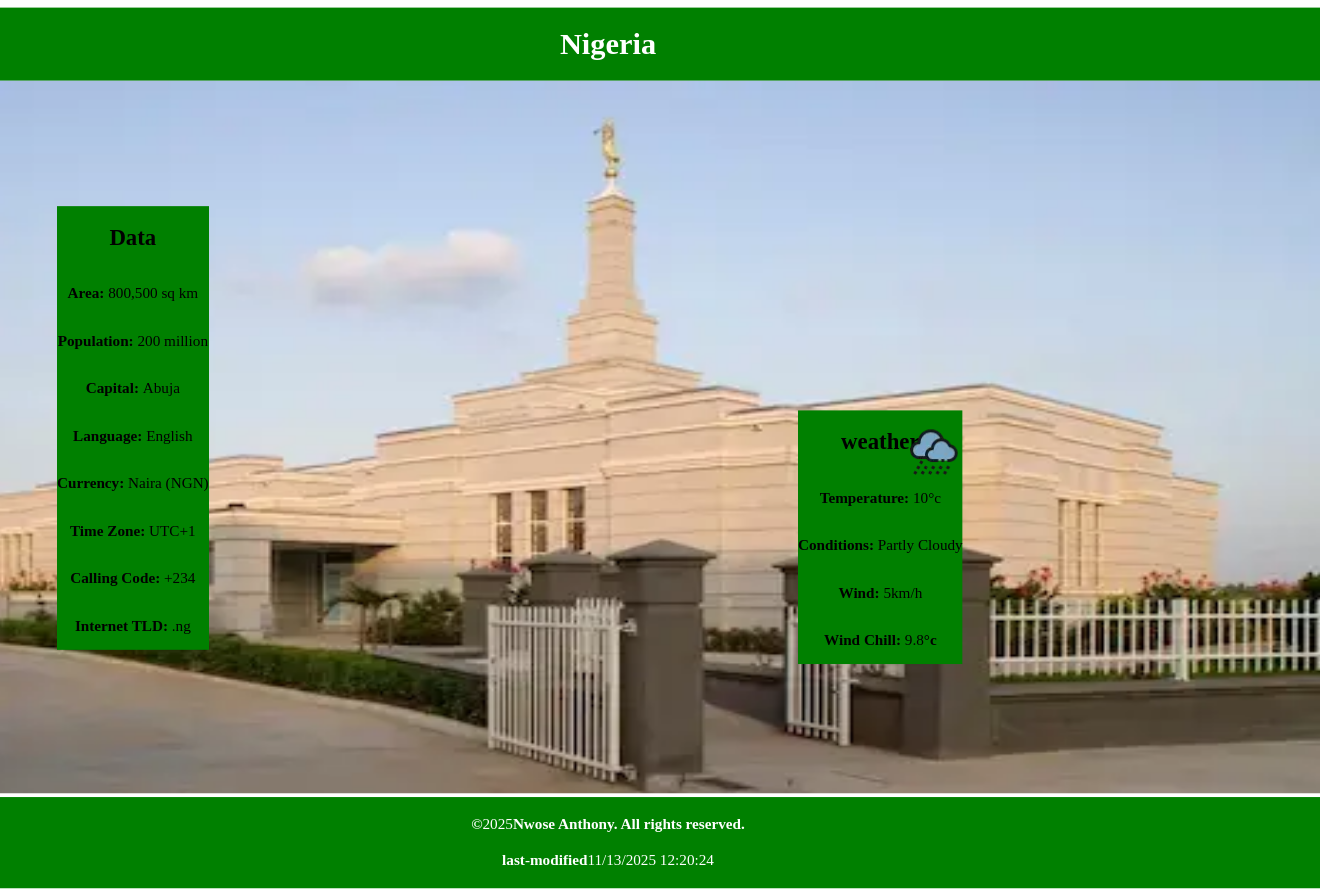
Repository: NoblesNigeria/wdd131
Page: place.html
An editor plug-in stored every save of this project. The page is shown before and after a run of saves, followed by the edit.
The browser window is 1280 px wide. The page is 1390 px wide, so the pictures cover 1390 px, including what lies to the right of the window. The pictures show the whole page, at 95% of full size.

Above is the page before, as saved 2025-11-13 14:09:06.

After the next 2 saves:
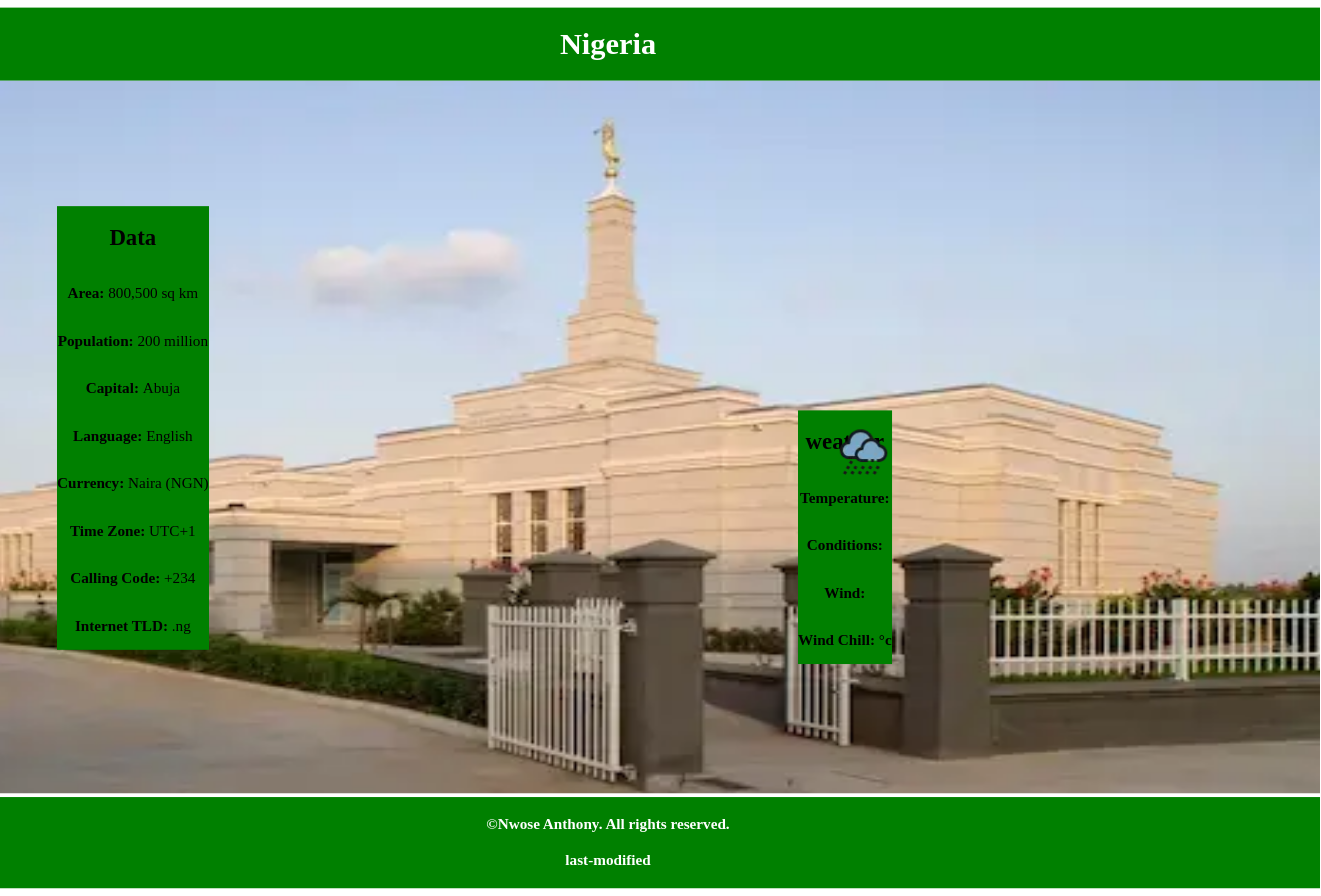
Console error: TypeError: Cannot set properties of null (setting 'textContent')
The 2 saves are shown as one change because they came seconds apart.
The last was saved 29 s later.
--- a/place.html
+++ b/place.html
@@ -46,7 +46,7 @@
         </div>
     </main>
     <footer>
-        <p>&copy; <span id= "current-year"></span> Nwose Anthony. All rights reserved.</p>
+        <p>&copy; <span id=" current-year"></span> Nwose Anthony. All rights reserved.</p>
         <p>last-modified <span id= "last-modified"></span></p>
     </footer>
 </body>

After the 4 saves that followed:
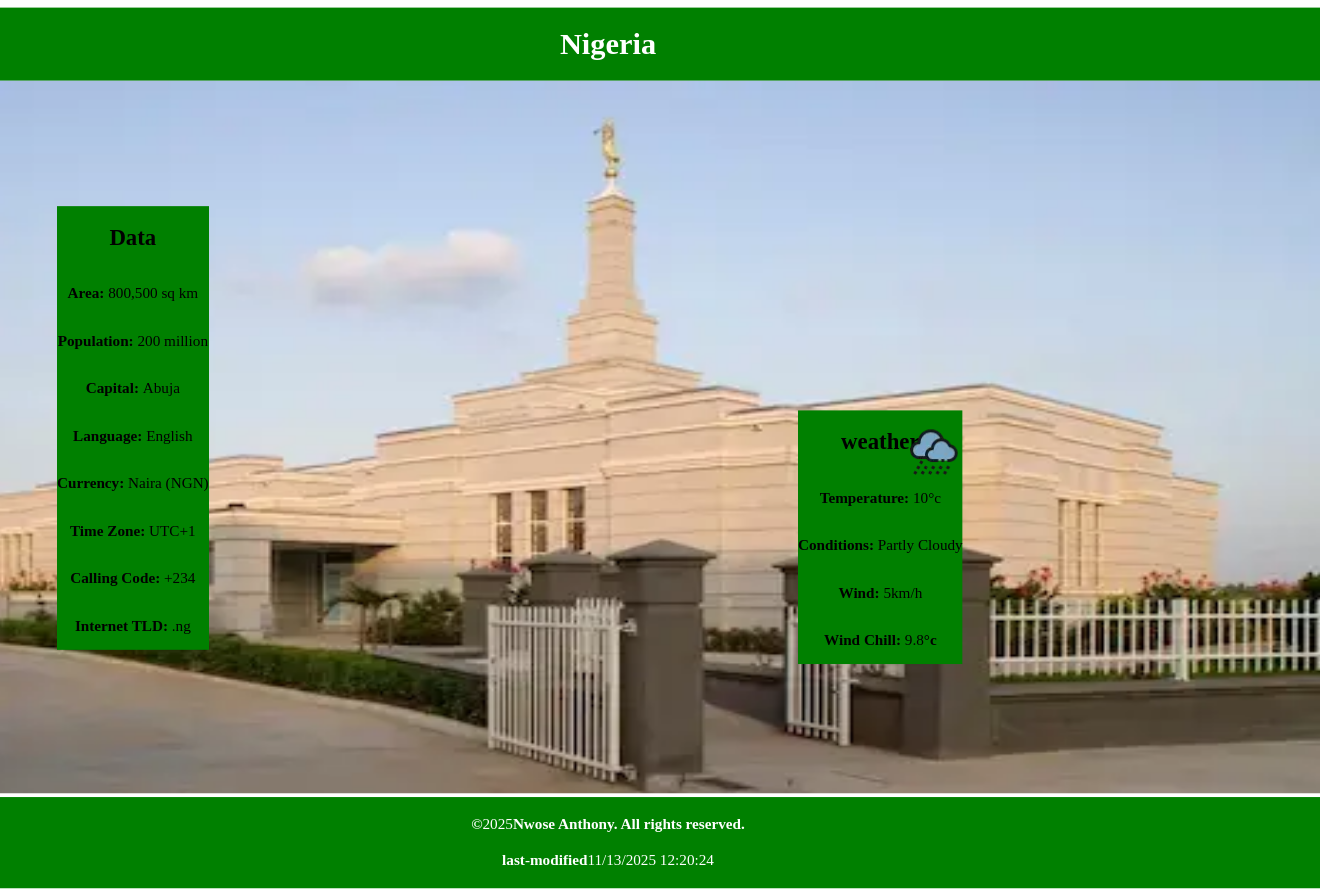
The error is gone.
The 4 saves are shown as one change because 1 left the picture as it was and some came seconds apart.
The last was saved 36 s later.
--- a/place.html
+++ b/place.html
@@ -46,8 +46,8 @@
         </div>
     </main>
     <footer>
-        <p>&copy; <span id=" current-year"></span> Nwose Anthony. All rights reserved.</p>
-        <p>last-modified <span id= "last-modified"></span></p>
+        <p>&copy; <span id="current-year"></span> Nwose Anthony. All rights reserved.</p>
+        <p>last-modified <span id="last-modified"></span></p>
     </footer>
 </body>
 </html>
